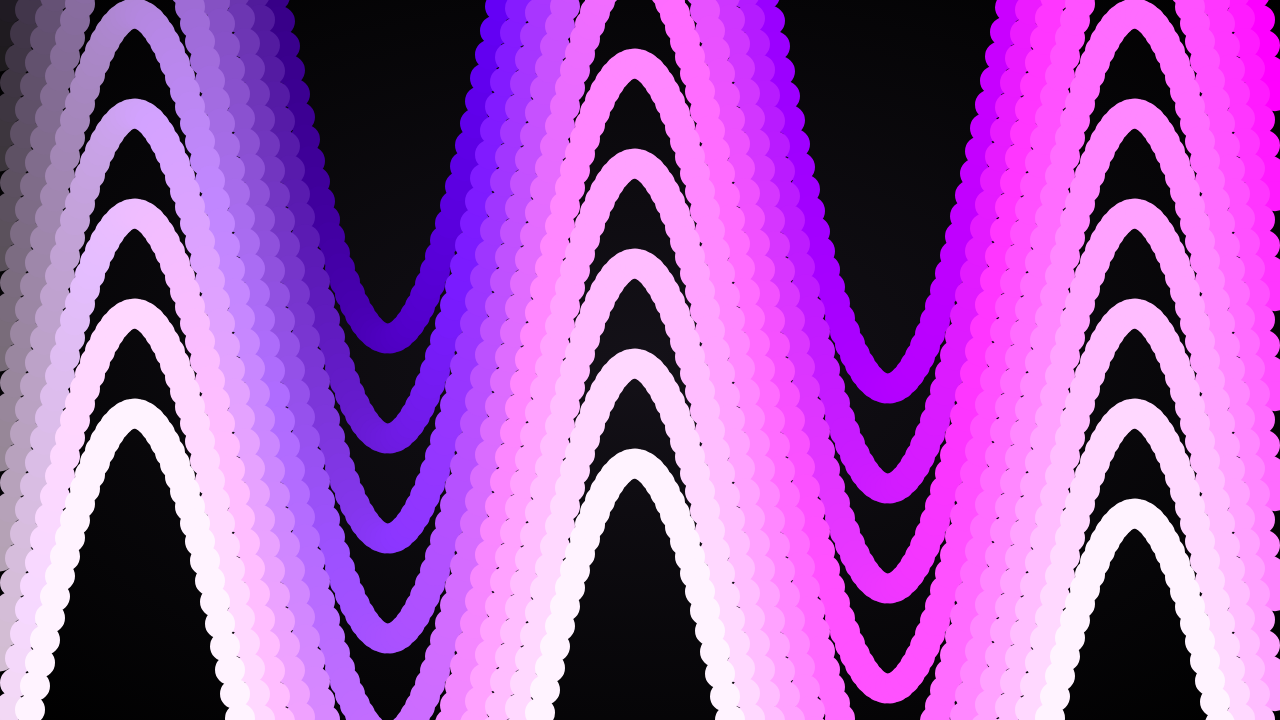
Repository: Iban-del/ProjetBacIban
Page: index.html
These files come from the project's save history. The page is drawn as it stood at one moment and after the next save; the edit follows.
The browser window is 1280 px wide. The pictures show the whole page.

Above is the page before, as saved 2025-02-19 21:04:59.

### index.html
<!DOCTYPE html>
<html lang="fr">
<head>
    <meta charset="UTF-8">
    <meta name="viewport" content="width=device-width, initial-scale=1.0">
    <link rel="icon" type="image/x-icon" href="./image/image.png">
    <link rel="stylesheet" href="./css/index.css">
    <title>Iban</title>
    <script src="./js/background.js" type="module"></script>
    <canvas id="canvas-background"></canvas>
</head>
<body>


</body>
</html>

### css/index.css
html,body{
    margin: 0px;
    overflow-x: clip;
    display: flex;
}

.navBar{
    height: 60px;
    width: 100%;
    position: fixed;
    background-color: rgb(103, 103, 147);
    z-index: 1;
    display: flex;
    justify-content: end;
    align-items: center;
    color: white;
}

.background-canvas{
    overflow-x: clip;
    background:radial-gradient(rgb(50, 50, 71), rgb(0, 0, 0));
    z-index: 10;
    position: fixed;
}

### js/background.js
/**
 * création du fond du site
 */

//constante avec les couleur des composant
const darkColor ={
    backgrounds1:"#000",
    backgrounds2:"#141118",
};

//constante avec les couleur des composant
const lightColor ={
    backgrounds1:"#FDFCFE",
    backgrounds2:"#FAF8FD",
};


/**
 * fonction qui permet de géré le fond par default en cas d'érreur
 */
function defaultBackground(){

    const body = document.querySelector("body");

    if(body instanceof HTMLBodyElement){
        body.style.backgroundColor = darkColor.backgrounds2;
    }

}


/**
 * cette fonction permet d'attribué le style au canvas
 */
function canvasStyle(canvas){

    if(canvas instanceof HTMLCanvasElement){

        canvas.height = window.innerHeight;
        canvas.width = window.innerWidth;
        canvas.style.background = "radial-gradient("+darkColor.backgrounds2+","+darkColor.backgrounds1+")";

        return;
    }

    throw new Error("Canvas n'est pas de type HTMLCanvasElement ");

}

/**
 * fonction de création d'une vague
 */
function vague(x,A){

    const lambda = 0.002;//longueur d'onde
    const k = lambda*2*Math.PI; //nombre oscilation
    const phi = 3;//décalage
    return A*Math.sin(k*x+phi);
}


/**
 * affichage de la vague
 * @param CanvasRenderingContext2D  ctx
 */
function drawVague(ctx,canvas,A,steep){

    if(ctx instanceof CanvasRenderingContext2D){
        ctx.clearRect(0, 0, canvas.width, canvas.height);
        let color =0;
        for(let t = -100;t < window.innerHeight+100;t+= 100){
            ctx.beginPath();
            for(let i = 0 ;i < window.innerWidth;i+=5){
                let x = i
                let y = vague(x,A)+(t)+(x*0.1);
                ctx.lineTo(x,y)
                ctx.beginPath();
                ctx.moveTo(x,y)
                ctx.fillStyle=`rgb(${color+(x*.2)},${color*0.9},${color+(x*.49)})`;
                ctx.arc(x,y,15,0,Math.PI*2,true)
                ctx.fill();

            }

            color+=30;
        }


        if(A >950){

            steep +=-Math.PI/2;

        }else if(A < 10){
            steep += Math.PI/2;
        }
        A+= steep;
        // Demander la prochaine frame
        requestAnimationFrame(() => drawVague(ctx, canvas, A, steep));

    }


}

/**
 * fonction pour annimer le fond
 */
function animateBackground(ctx,canvas,A){

    let steep = 1;
    drawVague(ctx,canvas,A,steep)



    //requestAnimationFrame(animateBackground(ctx,A+steep));

}


/**
 * fonction d'initialisation du fond
 */
function init(){
    //récupération des élémentcanvas
    const canvas = document.querySelector("canvas");

    if(canvas instanceof HTMLCanvasElement){

        const ctx = canvas.getContext('2d');

        canvasStyle(canvas);
        animateBackground(ctx,canvas,100)

    }
}

try{

    init()

}catch(error){

    console.log(error)
    defaultBackground()
}

After the next save:
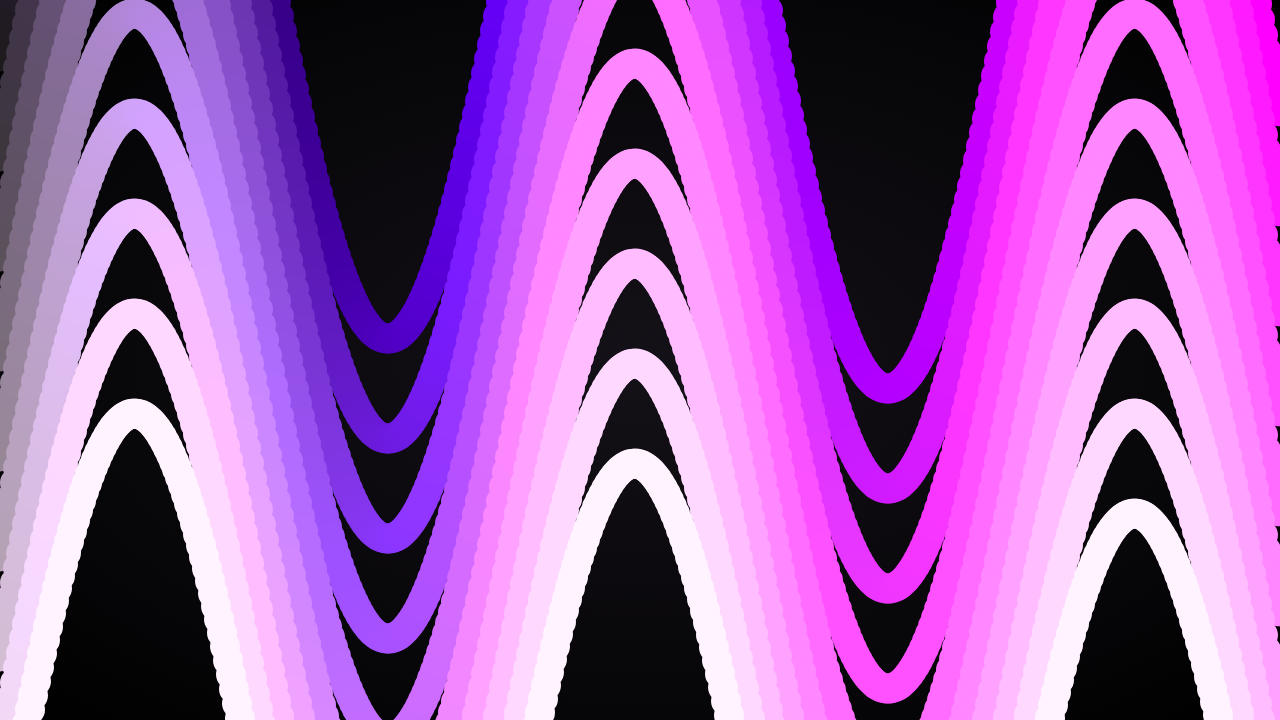
Saved 21 s later.
--- a/js/background.js
+++ b/js/background.js
@@ -70,7 +70,7 @@ function drawVague(ctx,canvas,A,steep){
         let color =0;
         for(let t = -100;t < window.innerHeight+100;t+= 100){
             ctx.beginPath();
-            for(let i = 0 ;i < window.innerWidth;i+=5){
+            for(let i = 0 ;i < window.innerWidth;i+=3){
                 let x = i
                 let y = vague(x,A)+(t)+(x*0.1);
                 ctx.lineTo(x,y)
